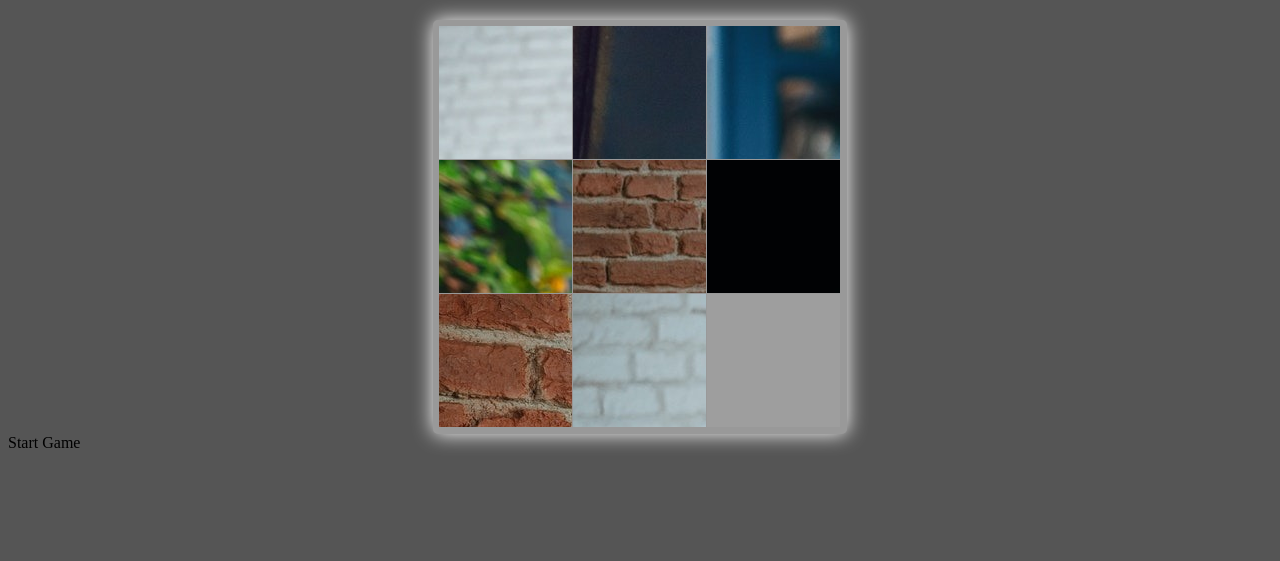
Repository: Izayah60/A-Puzzle-Game-Using-HTML-CSS-and-JavaScript
Page: Puzzle_Game.html
An editor plug-in stored every save of this project. The page is shown before and after the next save, followed by the edit.
The browser window is 1280 px wide. The pictures show the whole page.
Pictures or frames that could not be fetched are drawn as grey boxes.

Above is the page before, as saved 2022-05-25 15:15:03.

### Puzzle_Game.html
<!DOCTYPE html>
<html>
    <head>
        <title>Puzzle Game</title>
        <link rel="stylesheet" type="text/css" href="style.css">
    </head>
    <body>
        <div id="moves"></div>
        <div id="tab_grid">
            <div class="clks" id="p11">11</div>
            <div class="clks" id="p12">12</div>
            <div class="clks" id="p13">13</div>
            <div class="clks" id="p21">21</div>
            <div class="clks" id="p22">22</div>
            <div class="clks" id="p23">23</div>
            <div class="clks" id="p31">31</div>
            <div class="clks" id="p32">32</div>
            <div class="clks" id="p33">33</div>
        </div>
        <div id="launch">Start Game</div>
    </body>
</html>

### style.css
body {
    background-color: #555;
}

#tab_grid {
    width: 402px;
    height: 402px;
    border: 5px solid #999;
    border-radius: 5px;
    display: grid;
    grid-template-columns: auto auto auto;
    padding: 1px;
    margin: auto;
    margin-top: 20px;
    background-color: #999;
    box-shadow: 0px 0px 20px white;
}

.clks {
    height: 133px;
    width: 133px;
    font-size: 0.1px;
}


#p11 {
    background: url('11.jpg');
}

#p12 {
    background: url('12.jpg');
}

#p13 {
    background: url('13.jpg');
}

#p21 {
    background: url('21.jpg');
}

#p22 {
    background: url('22.jpg');
}

#p23 {
    background: url('23.jpg');
}

#p31 {
    background: url('31.jpg');
}

#p32 {
    background: url('32.jpg');
}

#p33 {
    background: url('33.jpg');
}

After the next save:
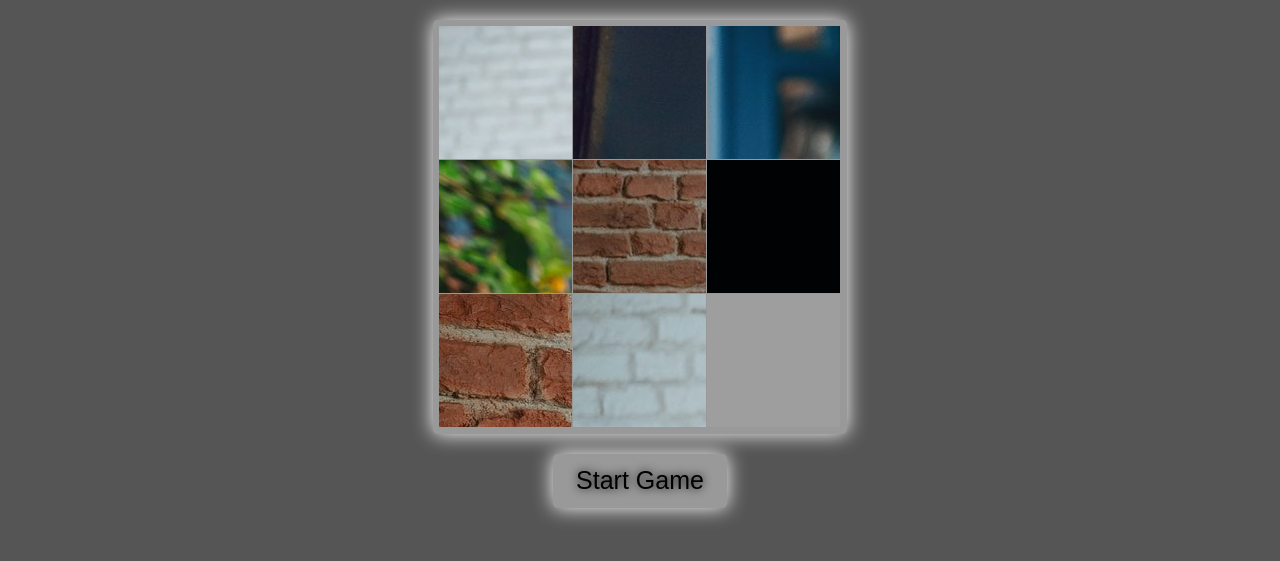
Saved 11 min 38 s later.
--- a/style.css
+++ b/style.css
@@ -58,3 +58,21 @@ body {
 #p33 {
     background: url('33.jpg');
 }
+
+#launch {
+    width: 170px;
+    margin: auto;
+    margin-top: 20px;
+    border: 2px solid #999;
+    height: 40px;
+    border-radius: 5px;
+    text-align: center;
+    padding-top: 10px;
+    color: black;
+    background-color: #999;
+    box-shadow: 0px 0px 20px #FFF;
+    text-shadow: 0px 0px 10px #000;
+    cursor: pointer;
+    font-family: 'Arial';
+    font-size: 25px;
+}
